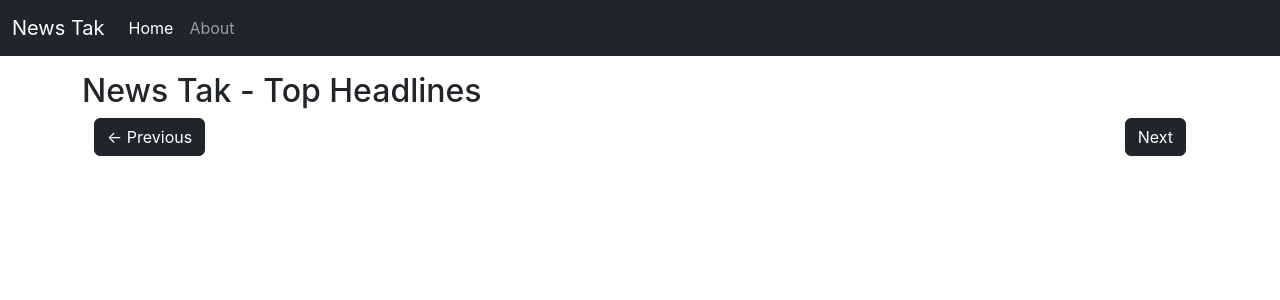
Repository: Rohit-foryou/News-website
Page: /
An editor plug-in stored every save of this project. The page is shown before and after the next save, followed by the edit.
The browser window is 1280 px wide. The pictures show the whole page.
The page's requests for data from a server got no answer. The project was rebuilt for these pictures with package versions that can differ from the ones it lists, and the page was loaded fresh each time. No one was signed in, and anything a server would have sent is missing. Also part of the build but not shown: src/Components/NewsItem.js.

Above is the page before, as saved 2023-12-22 20:40:30.

After the next save:
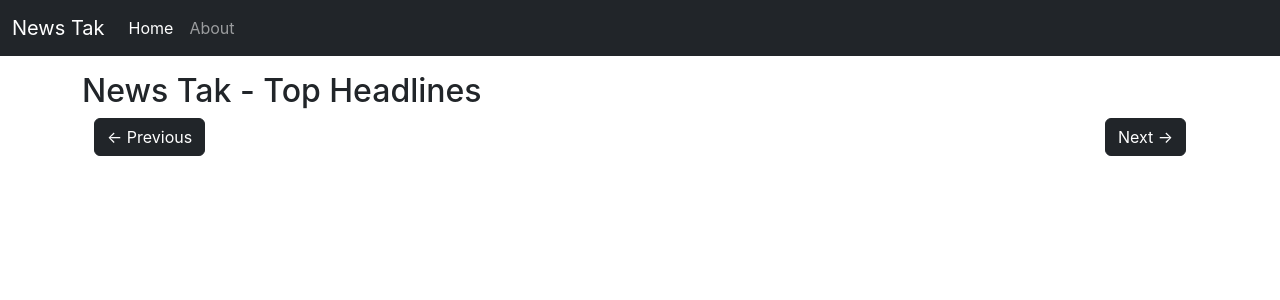
Saved 25 s later.
--- a/src/Components/News.js
+++ b/src/Components/News.js
@@ -40,7 +40,7 @@ export class News extends Component {
         </div>
         <div className="container d-flex justify-content-between">
             <button type="button" className="btn btn-dark">&larr; Previous</button>
-            <button type="button" className="btn btn-dark">Next</button>
+            <button type="button" className="btn btn-dark">Next &rarr;</button>
         </div>
       </div>
     );
